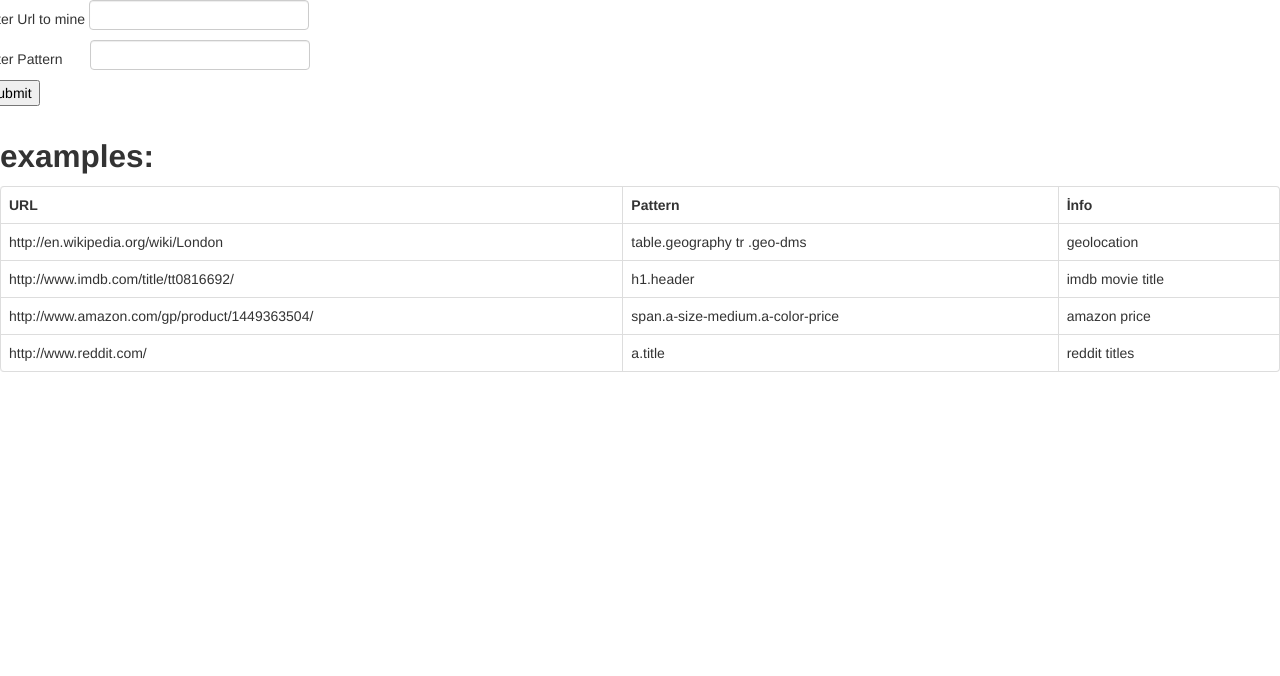
Repository: nerginer/datamine
Page: client/index.html
The author's editor kept a record of every edit. The page is drawn from the files as they stood at one moment, then again after the next edit.
The browser window is 1280 px wide. The pictures show the whole page.

Above is the page before.

After the next edit:
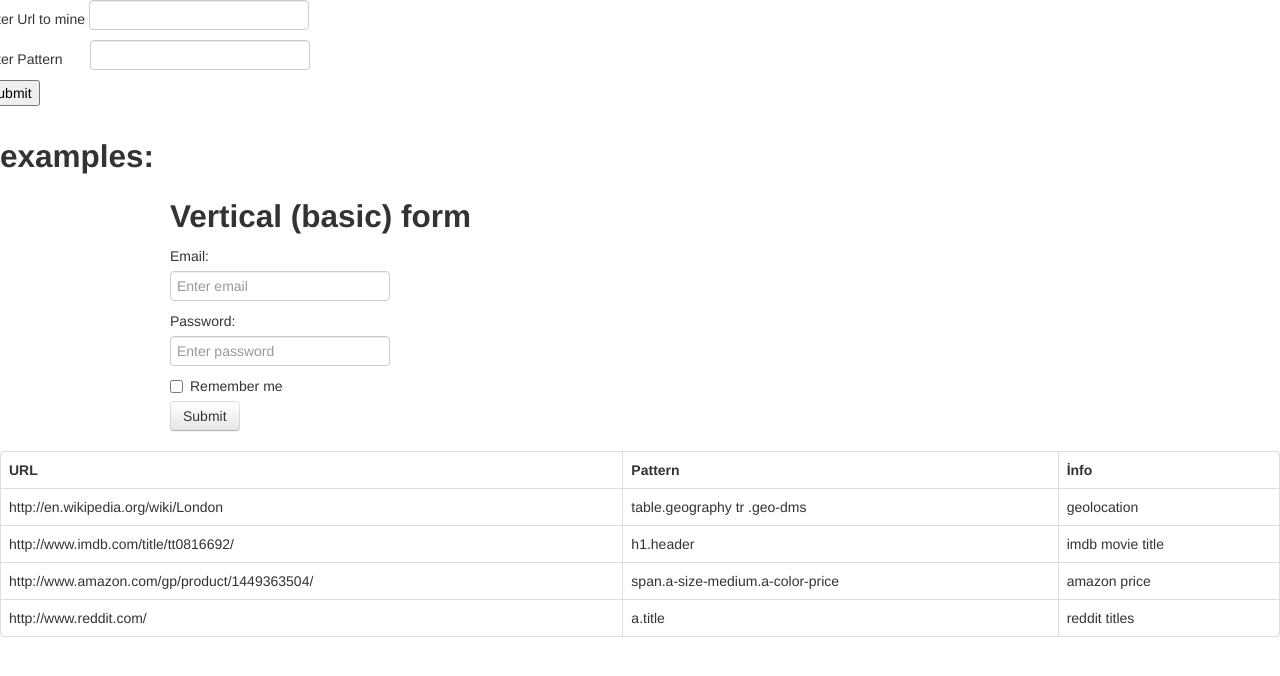
The edit:
--- a/client/index.html
+++ b/client/index.html
@@ -22,6 +22,28 @@
 </div>
 
             <h2>examples:</h2>
+
+
+
+<div class="container">
+      <h2>Vertical (basic) form</h2>
+      <form role="form">
+        <div class="form-group">
+          <label for="email">Email:</label>
+          <input type="email" class="form-control" id="email" placeholder="Enter email">
+        </div>
+        <div class="form-group">
+          <label for="pwd">Password:</label>
+          <input type="password" class="form-control" id="pwd" placeholder="Enter password">
+        </div>
+        <div class="checkbox">
+          <label><input type="checkbox"> Remember me</label>
+        </div>
+        <button type="submit" class="btn btn-default">Submit</button>
+      </form>
+    </div>
+
+
 
 
 <table class="table table-bordered">
